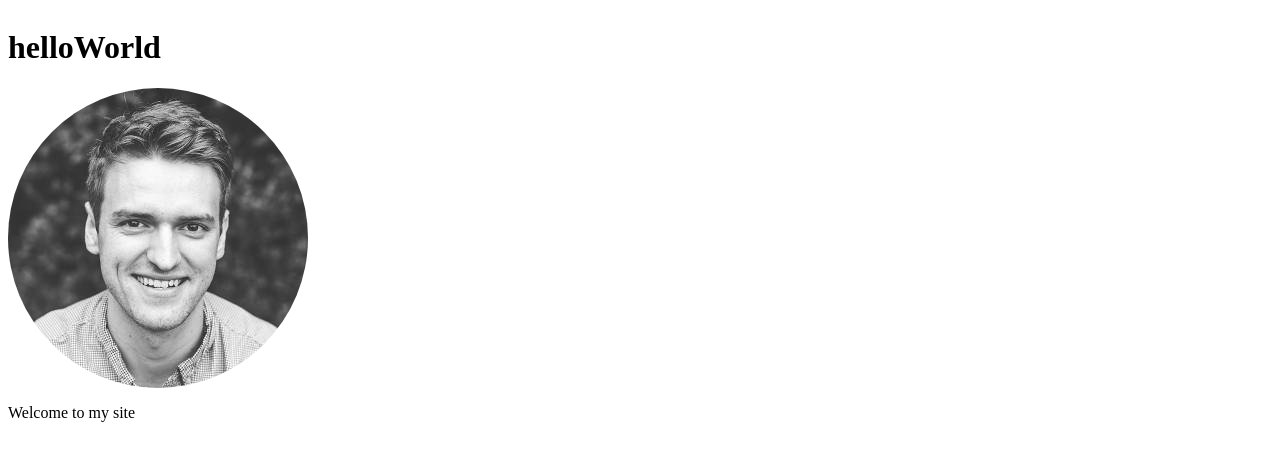
Repository: milespossing/Personal-Page
Page: index.html
These files come from the project's save history. The page is drawn as it stood at one moment and after the next save; the edit follows.
The browser window is 1280 px wide. The pictures show the whole page.

Above is the page before, as saved 2019-09-19 21:04:59.

After the next save:
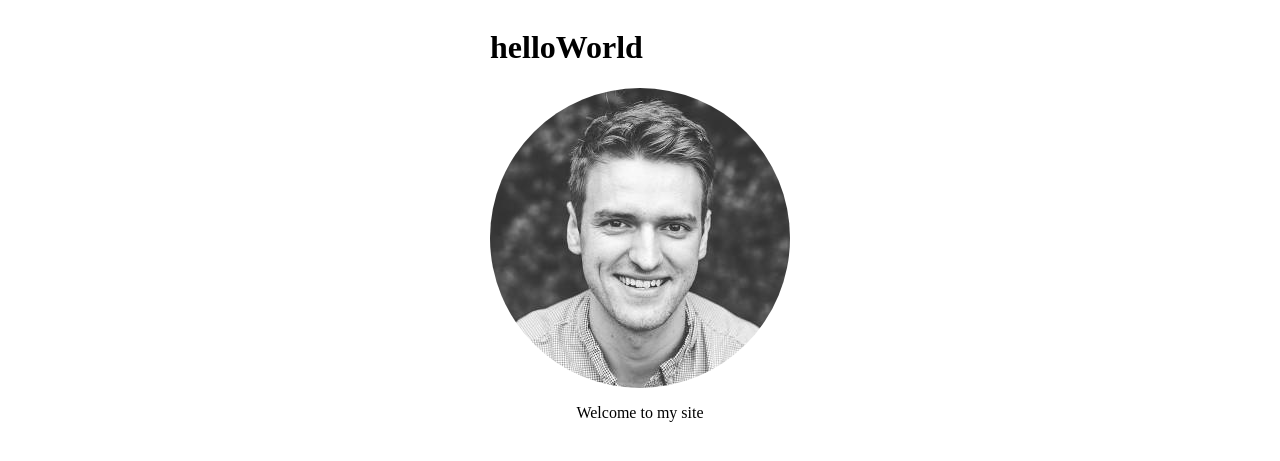
Saved 15 s later.
--- a/Styles/style.css
+++ b/Styles/style.css
@@ -1,6 +1,8 @@
 body {
     display: flex;
     flex-direction: column;
+    align-content: center;
+    align-items: center;
 }
 
 .site-header {
